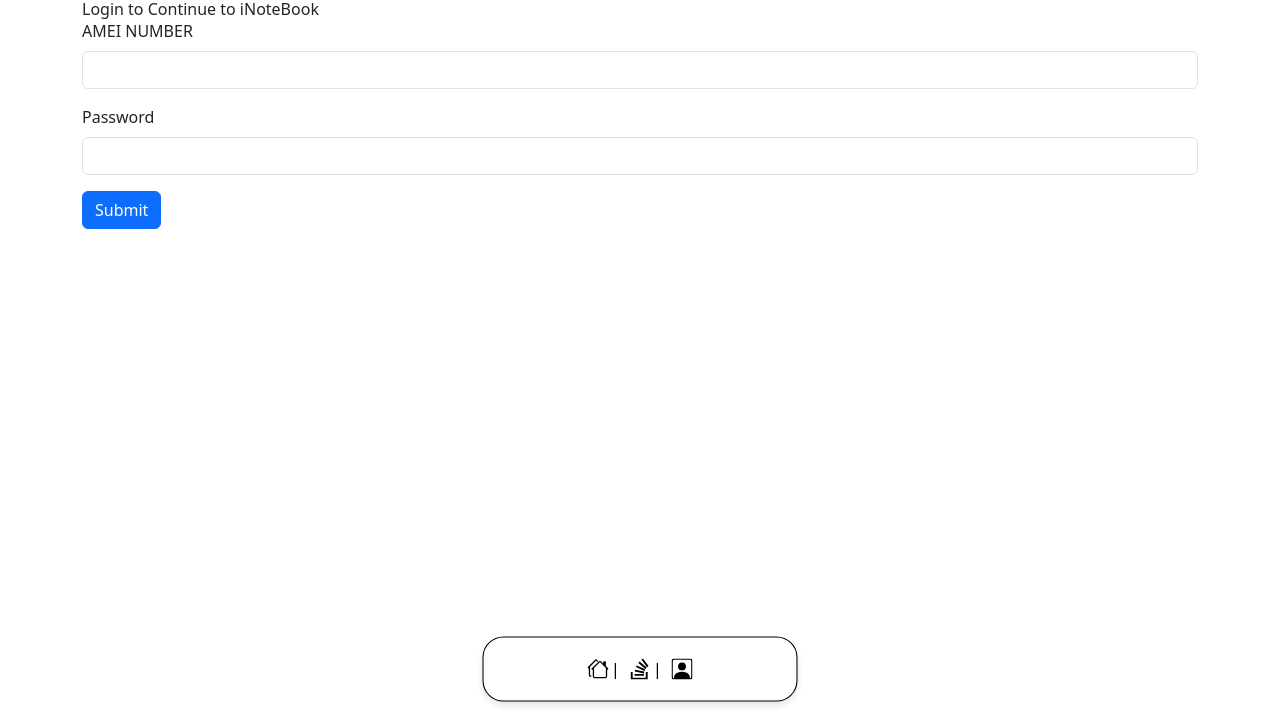
Repository: shash0708/GMR-Lines
Page: /login (app in frontend/)
The author's editor kept a copy of each file at every save. The page is drawn from the files as they stood at one save, then again after the next save.
The browser window is 1280 px wide. The pictures show the whole page.
The pointer rests on the first visible `.navbar`.
The page's requests for data from a server got no answer. The project was rebuilt for these pictures with package versions that can differ from the ones it lists, and the page was loaded fresh each time. No one was signed in, and anything a server would have sent is missing. Also part of the build but not shown: frontend/src/components/Buttons/Buttons.component.jsx, frontend/src/components/Home/Home.component.jsx, frontend/src/components/Form/Form.css, frontend/src/components/speedDail/SpeedDail.component.jsx, frontend/src/components/Form/Form.component.jsx, frontend/src/components/Card/Card.jsx, frontend/src/components/Card/Card.css, frontend/src/components/Card/Card.component.jsx and 4 more.

Above is the page before, as saved 2024-09-08 23:36:22.

### frontend/public/index.html
<!DOCTYPE html>
<html lang="en">
  <head>
    <meta charset="utf-8" />
    <link rel="icon" href="%PUBLIC_URL%/favicon.ico" />
    <meta name="viewport" content="width=device-width, initial-scale=1" />
    <meta name="theme-color" content="#000000" />
    <meta name="description" content="Web site created using create-react-app" />
    <link rel="apple-touch-icon" href="%PUBLIC_URL%/logo192.png" />
    <!--
      manifest.json provides metadata used when your web app is installed on a
      user's mobile device or desktop. See https://developers.google.com/web/fundamentals/web-app-manifest/
    -->
    <link rel="manifest" href="%PUBLIC_URL%/manifest.json" />
    <!--
      Notice the use of %PUBLIC_URL% in the tags above.
      It will be replaced with the URL of the `public` folder during the build.
      Only files inside the `public` folder can be referenced from the HTML.

      Unlike "/favicon.ico" or "favicon.ico", "%PUBLIC_URL%/favicon.ico" will
      work correctly both with client-side routing and a non-root public URL.
      Learn how to configure a non-root public URL by running `npm run build`.
    -->
    <link href="https://cdn.jsdelivr.net/npm/bootstrap@5.3.3/dist/css/bootstrap.min.css" rel="stylesheet" integrity="sha384-QWTKZyjpPEjISv5WaRU9OFeRpok6YctnYmDr5pNlyT2bRjXh0JMhjY6hW+ALEwIH" crossorigin="anonymous">

    <title>Log Book</title>
  </head>
  <script src="https://cdn.jsdelivr.net/npm/bootstrap@5.3.3/dist/js/bootstrap.bundle.min.js" integrity="sha384-YvpcrYf0tY3lHB60NNkmXc5s9fDVZLESaAA55NDzOxhy9GkcIdslK1eN7N6jIeHz" crossorigin="anonymous"></script>
  <script src="https://cdn.jsdelivr.net/npm/@popperjs/core@2.11.8/dist/umd/popper.min.js" integrity="sha384-I7E8VVD/ismYTF4hNIPjVp/Zjvgyol6VFvRkX/vR+Vc4jQkC+hVqc2pM8ODewa9r" crossorigin="anonymous"></script>
  <script src="https://cdn.jsdelivr.net/npm/bootstrap@5.3.3/dist/js/bootstrap.min.js" integrity="sha384-0pUGZvbkm6XF6gxjEnlmuGrJXVbNuzT9qBBavbLwCsOGabYfZo0T0to5eqruptLy" crossorigin="anonymous"></script>
  <body>
    <noscript>You need to enable JavaScript to run this app.</noscript>
    <div id="root"></div>
    <!--
      This HTML file is a template.
      If you open it directly in the browser, you will see an empty page.

      You can add webfonts, meta tags, or analytics to this file.
      The build step will place the bundled scripts into the <body> tag.

      To begin the development, run `npm start` or `yarn start`.
      To create a production bundle, use `npm run build` or `yarn build`.
    -->
  </body>
</html>

### frontend/src/App.js
import './App.css';
import { BrowserRouter as Router, Route, Routes } from 'react-router-dom';

import 'primereact/resources/themes/saga-blue/theme.css';
import 'primereact/resources/primereact.min.css';
import { PrimeReactProvider } from 'primereact/api';
import Home from '../src/components/Home/Home.component'
import Form from './components/Form/Form.component';
import Cards from './components/Card/Card.component';
import Data from './components/Data/Data.component';
import Navbar from './components/Header/Header.component'
import Login from './components/Login/Login.component';
import Signup from './components/SignUp/Signup.component';
import PdfComponent from './components/Pdf/PdfComponent';
import { LogsProvider } from './context/LogContext';
function App() {
  return (
    <LogsProvider>
    <PrimeReactProvider>
<Router>
<Navbar />

      <Routes>
      {/* <Navbar/> */}

        <Route path="/" element={<Home />} />
        <Route path='/login' element={<Login/>}/>
        <Route path='/signup' element={<Signup/>}/>
        <Route path="/form" element={<Form />} />
        <Route path="/past-records" element={<Cards />} />
        <Route path="/data/:id" element={<Data />} />
        <Route path="/pdf" element={<PdfComponent/>}/>
      </Routes>
    </Router>
</PrimeReactProvider>
</LogsProvider>
  );
}

export default App;

### frontend/src/serviceWorkerRegistration.js
// This optional code is used to register a service worker.
// register() is not called by default.

// This lets the app load faster on subsequent visits in production, and gives
// it offline capabilities. However, it also means that developers (and users)
// will only see deployed updates on subsequent visits to a page, after all the
// existing tabs open on the page have been closed, since previously cached
// resources are updated in the background.

// To learn more about the benefits of this model and instructions on how to
// opt-in, read https://cra.link/PWA

const isLocalhost = Boolean(
  window.location.hostname === 'localhost' ||
    // [::1] is the IPv6 localhost address.
    window.location.hostname === '[::1]' ||
    // 127.0.0.0/8 are considered localhost for IPv4.
    window.location.hostname.match(/^127(?:\.(?:25[0-5]|2[0-4][0-9]|[01]?[0-9][0-9]?)){3}$/)
);

export function register(config) {
  if (process.env.NODE_ENV === 'production' && 'serviceWorker' in navigator) {
    // The URL constructor is available in all browsers that support SW.
    const publicUrl = new URL(process.env.PUBLIC_URL, window.location.href);
    if (publicUrl.origin !== window.location.origin) {
      // Our service worker won't work if PUBLIC_URL is on a different origin
      // from what our page is served on. This might happen if a CDN is used to
      // serve assets; see https://github.com/facebook/create-react-app/issues/2374
      return;
    }

    window.addEventListener('load', () => {
      const swUrl = `${process.env.PUBLIC_URL}/service-worker.js`;

      if (isLocalhost) {
        // This is running on localhost. Let's check if a service worker still exists or not.
        checkValidServiceWorker(swUrl, config);

        // Add some additional logging to localhost, pointing developers to the
        // service worker/PWA documentation.
        navigator.serviceWorker.ready.then(() => {
          console.log(
            'This web app is being served cache-first by a service ' +
              'worker. To learn more, visit https://cra.link/PWA'
          );
        });
      } else {
        // Is not localhost. Just register service worker
        registerValidSW(swUrl, config);
      }
    });
  }
}

function registerValidSW(swUrl, config) {
  navigator.serviceWorker
    .register(swUrl)
    .then((registration) => {
      registration.onupdatefound = () => {
        const installingWorker = registration.installing;
        if (installingWorker == null) {
          return;
        }
        installingWorker.onstatechange = () => {
          if (installingWorker.state === 'installed') {
            if (navigator.serviceWorker.controller) {
              // At this point, the updated precached content has been fetched,
              // but the previous service worker will still serve the older
              // content until all client tabs are closed.
              console.log(
                'New content is available and will be used when all ' +
                  'tabs for this page are closed. See https://cra.link/PWA.'
              );

              // Execute callback
              if (config && config.onUpdate) {
                config.onUpdate(registration);
              }
            } else {
              // At this point, everything has been precached.
              // It's the perfect time to display a
              // "Content is cached for offline use." message.
              console.log('Content is cached for offline use.');

              // Execute callback
              if (config && config.onSuccess) {
                config.onSuccess(registration);
              }
            }
          }
        };
      };
    })
    .catch((error) => {
      console.error('Error during service worker registration:', error);
    });
}

function checkValidServiceWorker(swUrl, config) {
  // Check if the service worker can be found. If it can't reload the page.
  fetch(swUrl, {
    headers: { 'Service-Worker': 'script' },
  })
    .then((response) => {
      // Ensure service worker exists, and that we really are getting a JS file.
      const contentType = response.headers.get('content-type');
      if (
        response.status === 404 ||
        (contentType != null && contentType.indexOf('javascript') === -1)
      ) {
        // No service worker found. Probably a different app. Reload the page.
        navigator.serviceWorker.ready.then((registration) => {
          registration.unregister().then(() => {
            window.location.reload();
          });
        });
      } else {
        // Service worker found. Proceed as normal.
        registerValidSW(swUrl, config);
      }
    })
    .catch(() => {
      console.log('No internet connection found. App is running in offline mode.');
    });
}

export function unregister() {
  if ('serviceWorker' in navigator) {
    navigator.serviceWorker.ready
      .then((registration) => {
        registration.unregister();
      })
      .catch((error) => {
        console.error(error.message);
      });
  }
}

### frontend/src/components/Header/Header.component.jsx
import React, { useEffect, useState, useRef } from 'react';
import './Navbar.css';

const Navbar = () => {
  const [showNavbar, setShowNavbar] = useState(true);
  const [lastScrollTop, setLastScrollTop] = useState(0);
  const [scrollTimeout, setScrollTimeout] = useState(null);

  const handleScroll = () => {
    const currentScrollTop = window.pageYOffset || document.documentElement.scrollTop;

    // Clear the previous timeout if it exists
    if (scrollTimeout) {
      clearTimeout(scrollTimeout);
    }

    // Set a timeout to update the Navbar visibility after scrolling stops
    const newScrollTimeout = setTimeout(() => {
      if (currentScrollTop > lastScrollTop) {
        // Scrolling down
        setShowNavbar(false);
      } else if (currentScrollTop < lastScrollTop) {
        // Scrolling up
        setShowNavbar(true);
      }

      setLastScrollTop(currentScrollTop <= 0 ? 0 : currentScrollTop);
    }, 100); // Delay in milliseconds to wait before hiding/showing Navbar

    setScrollTimeout(newScrollTimeout);
  };

  useEffect(() => {
    window.addEventListener('scroll', handleScroll);
    return () => {
      window.removeEventListener('scroll', handleScroll);
      if (scrollTimeout) {
        clearTimeout(scrollTimeout);
      }
    };
  }, [scrollTimeout, lastScrollTop]);

  return (
    <div className={`navbar ${showNavbar ? 'show' : 'hide'}`}>
      <div className="navbar-items">
        <a href="#home"><svg xmlns="http://www.w3.org/2000/svg" width="20" height="20" fill="currentColor" class="bi bi-houses" viewBox="0 0 16 16">
  <path d="M5.793 1a1 1 0 0 1 1.414 0l.647.646a.5.5 0 1 1-.708.708L6.5 1.707 2 6.207V12.5a.5.5 0 0 0 .5.5.5.5 0 0 1 0 1A1.5 1.5 0 0 1 1 12.5V7.207l-.146.147a.5.5 0 0 1-.708-.708zm3 1a1 1 0 0 1 1.414 0L12 3.793V2.5a.5.5 0 0 1 .5-.5h1a.5.5 0 0 1 .5.5v3.293l1.854 1.853a.5.5 0 0 1-.708.708L15 8.207V13.5a1.5 1.5 0 0 1-1.5 1.5h-8A1.5 1.5 0 0 1 4 13.5V8.207l-.146.147a.5.5 0 1 1-.708-.708zm.707.707L5 7.207V13.5a.5.5 0 0 0 .5.5h8a.5.5 0 0 0 .5-.5V7.207z"/>
</svg></a>
        <a href="#about"><svg xmlns="http://www.w3.org/2000/svg" width="20" height="20" fill="currentColor" class="bi bi-stack-overflow" viewBox="0 0 16 16">
  <path d="M12.412 14.572V10.29h1.428V16H1v-5.71h1.428v4.282z"/>
  <path d="M3.857 13.145h7.137v-1.428H3.857zM10.254 0 9.108.852l4.26 5.727 1.146-.852zm-3.54 3.377 5.484 4.567.913-1.097L7.627 2.28l-.914 1.097zM4.922 6.55l6.47 3.013.603-1.294-6.47-3.013zm-.925 3.344 6.985 1.469.294-1.398-6.985-1.468z"/>
</svg></a>
        <a href="#services"><svg xmlns="http://www.w3.org/2000/svg" width="20" height="20" fill="currentColor" class="bi bi-person-square" viewBox="0 0 16 16">
  <path d="M11 6a3 3 0 1 1-6 0 3 3 0 0 1 6 0"/>
  <path d="M2 0a2 2 0 0 0-2 2v12a2 2 0 0 0 2 2h12a2 2 0 0 0 2-2V2a2 2 0 0 0-2-2zm12 1a1 1 0 0 1 1 1v12a1 1 0 0 1-1 1v-1c0-1-1-4-6-4s-6 3-6 4v1a1 1 0 0 1-1-1V2a1 1 0 0 1 1-1z"/>
</svg></a>
        {/* <a href="#contact">Contact</a> */}
      </div>
    </div>
  );
};

export default Navbar;

### frontend/src/components/Login/Login.component.jsx
import React, { useState } from 'react';
import { useNavigate } from 'react-router-dom';
import useDocumentTitle from '../hooks/useDocumentTitle';
import URL from '../config'
const Login = (props) => {
  useDocumentTitle('Login'); // Set the document title for this page

  const [credentials, setCredentials] = useState({ AME: "", password: "" });
  let navigate = useNavigate();

  const handleSubmit = async (e) => {
    e.preventDefault();

    try {
      const response = await fetch(`${URL}/api/login`, {
        method: 'POST',
        headers: {
          'Content-Type': 'application/json'
        },
        body: JSON.stringify({ AME: credentials.AME, password: credentials.password })
      });

      const json = await response.json();
      console.log(json);

      if (json.success) {
        // Save the auth token and redirect
        localStorage.setItem('token', json.authtoken);
        alert("Logged in Successfully");
        navigate('/');
      } else {
        alert("Invalid Credentials");
      }
    } catch (error) {
      console.error("There was an error with the login request:", error);
      alert("An error occurred. Please try again later.");
    }
  }

  const onChange = (e) => {
    setCredentials({ ...credentials, [e.target.name]: e.target.value });
  }

  return (
    <div className='container'>
      <h1>Login to Continue to iNoteBook</h1>
      <form onSubmit={handleSubmit}>
        <div className="mb-3">
          <label htmlFor="AME" className="form-label">AMEI NUMBER</label>
          <input
            type="text"
            className="form-control"
            name="AME"
            id="AME"
            value={credentials.AME}
            onChange={onChange}
            required
          />
        </div>
        <div className="mb-3">
          <label htmlFor="password" className="form-label">Password</label>
          <input
            type="password"
            className="form-control"
            name="password"
            id="password"
            value={credentials.password}
            onChange={onChange}
            required
          />
        </div>
        <button type="submit" className="btn btn-primary">Submit</button>
      </form>
    </div>
  );
}

export default Login;

### frontend/src/context/LogContext.js
// LogsContext.js
import React, { createContext, useState, useEffect } from 'react';
import axios from 'axios';
import URL from '../components/config';
const LogsContext = createContext();

export const LogsProvider = ({ children }) => {
  const [logs, setLogs] = useState([]);
  const [filteredLogs, setFilteredLogs] = useState([]);
  const [searchTerm, setSearchTerm] = useState('');
  const [selectedLogs, setSelectedLogs] = useState([]);

  useEffect(() => {
    const fetchLogs = async () => {
      try {
        const response = await axios.get(`${URL}/getlogs/entries`, {
          headers: {
            'auth-token': localStorage.getItem('token'),
          },
        });

        setLogs(response.data);
        setFilteredLogs(response.data);
      } catch (error) {
        console.error('Error fetching logs:', error);
      }
    };
    fetchLogs();
  }, []);

  useEffect(() => {
    const handleSearch = () => {
      const lowerCaseSearchTerm = searchTerm.toLowerCase();
      const filtered = logs.filter((log) => {
        const logId = String(log.Toa);
        return logId.toLowerCase().includes(lowerCaseSearchTerm);
      });
      setFilteredLogs(filtered);
    };

    handleSearch();
  }, [searchTerm, logs]);

  const handleSelect = (log) => {
    setSelectedLogs((prev) => {
      const isSelected = prev.includes(log);
      if (isSelected) {
        return prev.filter((selectedLog) => selectedLog !== log);
      }

      if (prev.length >= 7) {
        return prev;
      }

      return [...prev, log];
    });
  };

  return (
    <LogsContext.Provider
      value={{
        logs,
        filteredLogs,
        searchTerm,
        setSearchTerm,
        selectedLogs,
        handleSelect,
        setFilteredLogs,
      }}
    >
      {children}
    </LogsContext.Provider>
  );
};

export default LogsContext;

### frontend/src/components/hooks/useDocumentTitle.js
// src/hooks/useDocumentTitle.js
import { useEffect } from 'react';

const useDocumentTitle = (title) => {
  useEffect(() => {
    document.title = title;
  }, [title]);
};

export default useDocumentTitle;

### frontend/src/components/config.js
// src/config.js
const URL = "http://localhost:5000";

export default URL;

// `${URL}

### frontend/src/components/Header/Navbar.css
/* Navbar.css */
.navbar {
    display: flex;
    border-radius: 20px;
    align-items: center;
    border: 1px solid black;
    justify-content: center;
    position: fixed;
    bottom: 20px; /* Adjust as needed */
    left: 50%;
    transform: translateX(-50%);
    background-color: #ffffff;
    color: rgb(0, 0, 0);
    padding: 10px;
    width: auto; /* Adjust width based on content */
    box-shadow: 0 4px 6px rgba(0, 0, 0, 0.1); /* Optional */
    z-index: 1000; /* Optional */
    transition: width 0.3s ease, opacity 0.3s ease, transform 0.3s ease; /* Smooth transitions */
    opacity: 0; /* Hidden by default */
}

.navbar.show {
    opacity: 1; /* Show Navbar */
}

.navbar.hide {
    opacity: 0; /* Hide Navbar */
    pointer-events: none; /* Prevent interaction when hidden */
}

.navbar:hover {
    width: 300px; /* Adjust width on hover */
    transform: translateX(-50%) scale(1.05); /* Center Navbar and slightly zoom out */
}

.navbar-items {
    display: flex;
}

.navbar-items a {
    color: rgb(0, 0, 0);
    text-decoration: none;
    padding: 10px;
    position: relative; /* Needed for pseudo-element positioning */
    transition: transform 0.1s ease; /* Smooth zoom effect for icons */
}

.navbar-items a:not(:last-child)::after {
    content: "|"; /* Separator character */
    position: absolute;
    right: -1px; /* Adjust position */
    top: 50%;
    transform: translateY(-50%);
    color: rgb(0, 0, 0); /* Separator color */
}

.navbar-items a:hover {
    border-radius: 20px;
    transform: scale(1.3); /* Zoom in on hover */
}

@media (max-width: 768px) {
    .navbar {
        flex-direction: column;
        bottom: 10px;
        width: auto; /* Adjust width for smaller screens */
    }

    .navbar-content {
        margin-bottom: 5px;
    }
}

### frontend/tailwind.config.js
/** @type {import('tailwindcss').Config} */
module.exports = {
  content: [
    "./src/**/*.{js,ts,jsx,tsx}",  // Adjust the paths as needed
    "./public/**/*.html",           // Include HTML files if used
  ],
  theme: {
    extend: {
      // Custom theme extensions go here
      colors: {
        primary: '#ff6347',  // Example custom color
      },
      fontFamily: {
        sans: ['Helvetica', 'Arial', 'sans-serif'],
      },
    },
  },
  plugins: [
    // Add any Tailwind CSS plugins here
  ],
};


module.exports ={
  "compilerOptions": {
    "baseUrl": ".",
    "paths": {
      "@/*": ["src/*"]
    }
  }
}

### frontend/public/manifest.json
{
  "short_name": "Log App",
  "name": "A Digitial log book",
  "icons": [
    {
      "src": "favicon.ico",
      "sizes": "64x64 32x32 24x24 16x16",
      "type": "image/x-icon"
    },
    {
      "src": "logo192.png",
      "type": "image/png",
      "sizes": "192x192"
    },
    {
      "src": "logo512.png",
      "type": "image/png",
      "sizes": "512x512"
    }
  ],
  "start_url": ".",
  "display": "standalone",
  "theme_color": "#000000",
  "background_color": "#ffffff"
}

Loaded but not shown: frontend/src/index.js (common file); frontend/src/index.css (common file); frontend/src/reportWebVitals.js (common file); frontend/src/App.css (common file); frontend/src/components/Data/Data.css (no stored copy; drawn as an empty file)

After the next save:
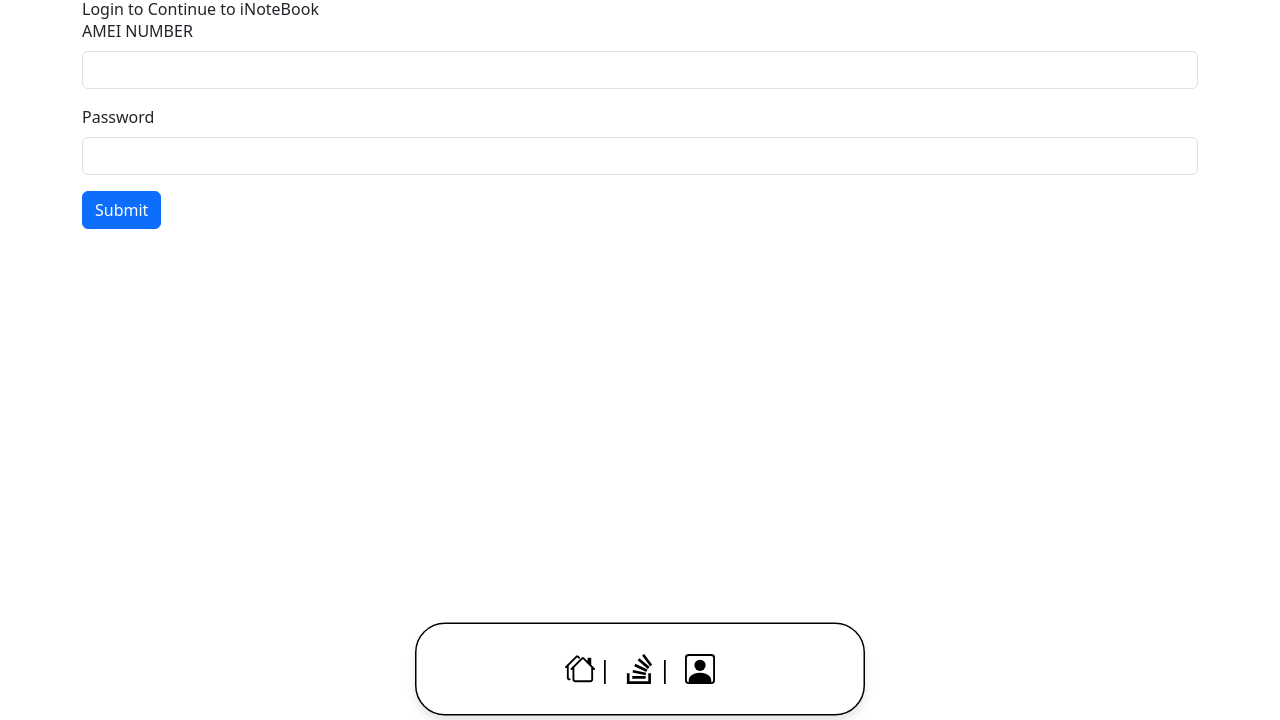
Saved 6 s later.
--- a/frontend/src/components/Header/Navbar.css
+++ b/frontend/src/components/Header/Navbar.css
@@ -30,7 +30,7 @@
 
 .navbar:hover {
     width: 300px; /* Adjust width on hover */
-    transform: translateX(-50%) scale(1.05); /* Center Navbar and slightly zoom out */
+    transform: translateX(-50%) scale(1.5); /* Center Navbar and slightly zoom out */
 }
 
 .navbar-items {

After the save that followed:
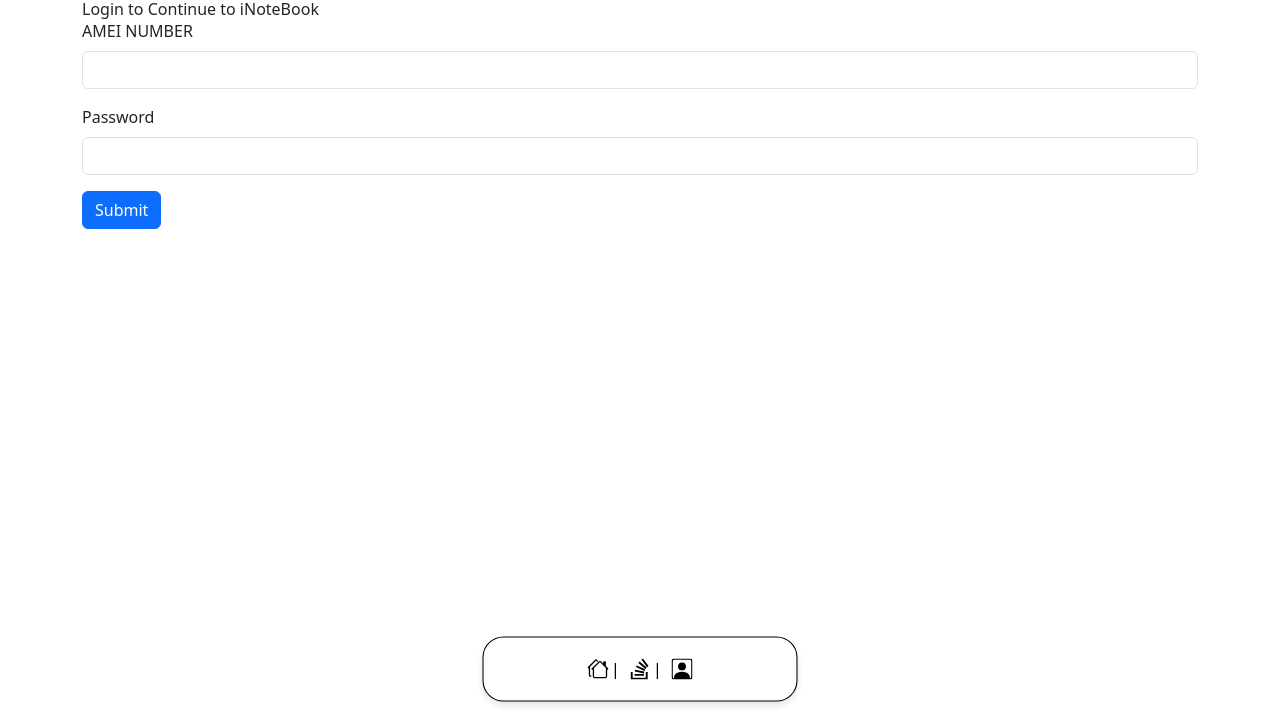
Saved 7 s later.
--- a/frontend/src/components/Header/Navbar.css
+++ b/frontend/src/components/Header/Navbar.css
@@ -30,7 +30,7 @@
 
 .navbar:hover {
     width: 300px; /* Adjust width on hover */
-    transform: translateX(-50%) scale(1.5); /* Center Navbar and slightly zoom out */
+    transform: translateX(-50%) scale(1.05); /* Center Navbar and slightly zoom out */
 }
 
 .navbar-items {
